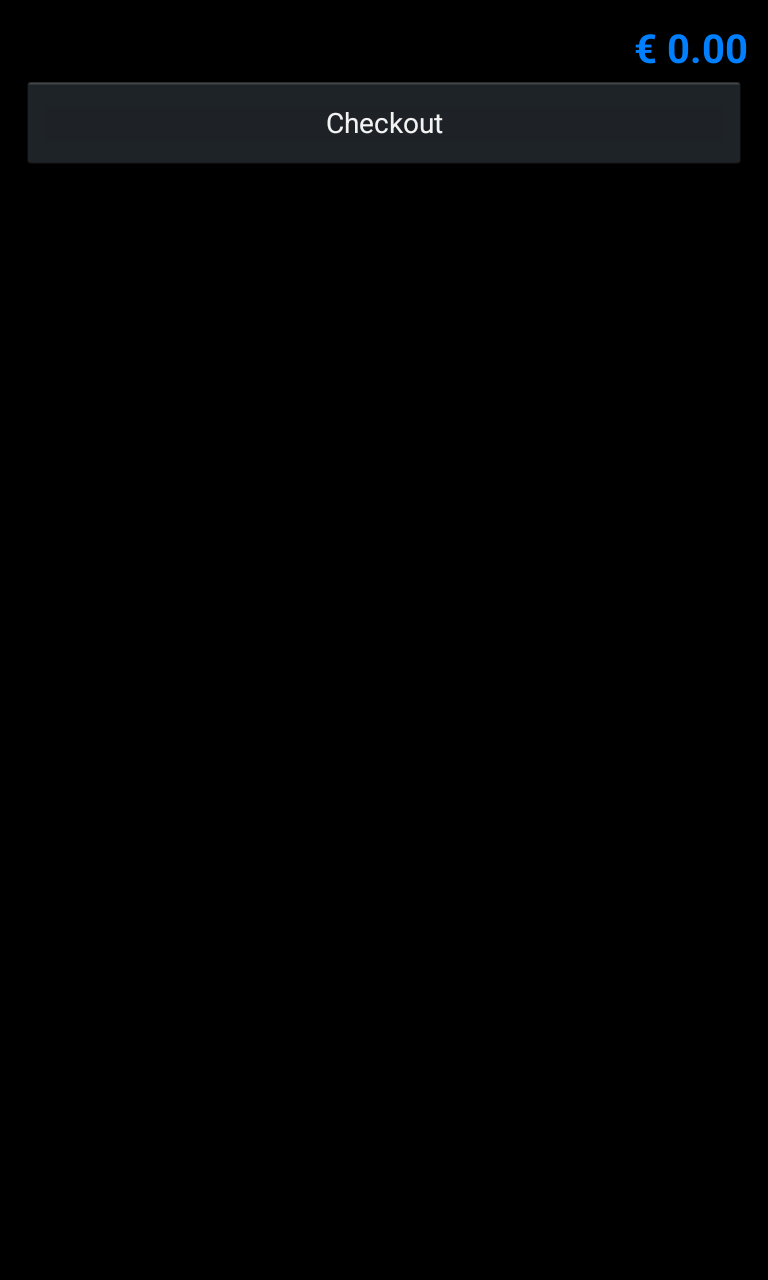
Repository: Adammdit/DT2283GUI
Layout: GunSmoke/res/layout/activity_main.xml
An editor plug-in stored every save of this project. The layout is shown before and after the next save, followed by the edit.
It is drawn on a 768 x 1280 px phone screen (xhdpi) without system bars, with theme android:Theme.Holo; the app's code is not run. Lists and similar views that code fills are empty.

Above is the layout before, as saved 2014-11-08 12:09:51.

### GunSmoke/res/layout/activity_main.xml
<LinearLayout xmlns:android="http://schemas.android.com/apk/res/android"
    xmlns:tools="http://schemas.android.com/tools"
    android:id="@+id/LinearLayout1"
    android:layout_width="match_parent"
    android:layout_height="match_parent"
    android:paddingBottom="10dp"
    android:paddingLeft="10dp"
    android:paddingRight="10dp"
    android:paddingTop="10dp"
    android:orientation="vertical"
    tools:context=".MainActivity" >

    <TextView
        android:id="@+id/cartTotal"
        android:layout_width="match_parent"
  		android:layout_height="wrap_content"
  		android:gravity="right"
        android:textSize="20sp"
  		android:text="€ 0.00"
  		android:textColor="@color/total"
  		android:textStyle="bold" />

    <Button
        android:id="@+id/checkout"
        style="?android:attr/buttonStyleSmall"
        android:layout_width="fill_parent"
        android:layout_height="wrap_content"
        android:text="Checkout" />

    <ExpandableListView
        android:id="@+id/listView"
        android:layout_width="match_parent"
        android:layout_height="wrap_content" >
    </ExpandableListView>



</LinearLayout>

### GunSmoke/res/values/colors.xml
<?xml version="1.0" encoding="utf-8"?>
<resources>
	<color name="khaki">#663300</color>
	<color name="price">#E5FFCC</color>
	<color name="name">#CC6600</color>
	<color name="total">#0080FF</color>
</resources>

### GunSmoke/res/values/strings.xml
<?xml version="1.0" encoding="utf-8"?>
<resources>

    <string name="app_name">GunSmoke</string>
    <string name="title">Details form:</string>
    <string name="mainLabel">Main list</string>
    <string name="nameLabel">NAME : </string>
    <string name="ageLabel">AGE : </string>
    <string name="emailLabel">EMAIL : </string>
    <string name="budgetLabel">BUDGET : </string>
    <string name="female">Female</string>
    <string name="male">Male</string>
    <string name="buttonLabel">Continue</string>
    <string name="title_activity_splash_screen">SplashScreen</string>
    <string name="splash_info">All products prices excluding vat 21%!</string>
    <string name="title_activity_details_form">DetailsForm</string>
    <string name="overBudget">Value of your shopping is over your budget.
        Remove some of your items and try again.</string>


    <!-- List of job titles -->
    <string-array name="jobTitles">
        <item>Select job title</item>
        <item>iPhone</item>
        <item>WindowsMobile</item>
        <item>Blackberry</item>
        <item>WebOS</item>
        <item>Ubuntu</item>
        <item>Windows7</item>
        <item>Max OS X</item>
        <item>Linux</item>
        <item>OS/2</item>
    </string-array>
    <!-- Melee weapones -->
    <string-array name="melee">
        <item>Knife</item>
        <item>Machete</item>
        <item>Maltador</item>
        <item>Galstead</item>
        <item>Throwing knife</item>
        <item>Ubuntu</item>
        <item>Windows7</item>
        <item>Max OS X</item>
        <item>Linux</item>
        <item>OS/2</item>
    </string-array>

</resources>

After the next save:
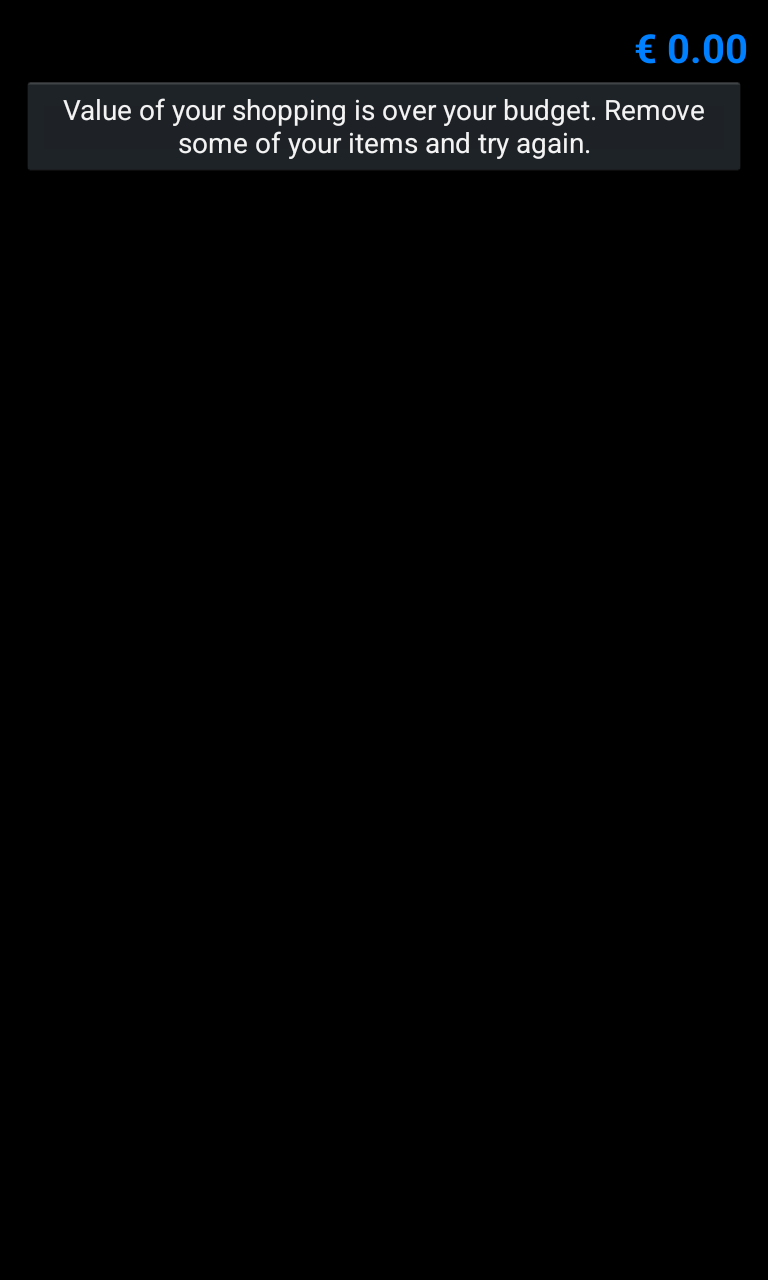
Saved 4 min 52 s later.
--- a/GunSmoke/res/layout/activity_main.xml
+++ b/GunSmoke/res/layout/activity_main.xml
@@ -25,7 +25,7 @@
         style="?android:attr/buttonStyleSmall"
         android:layout_width="fill_parent"
         android:layout_height="wrap_content"
-        android:text="Checkout" />
+        android:text="@string/overBudget" />
 
     <ExpandableListView
         android:id="@+id/listView"
